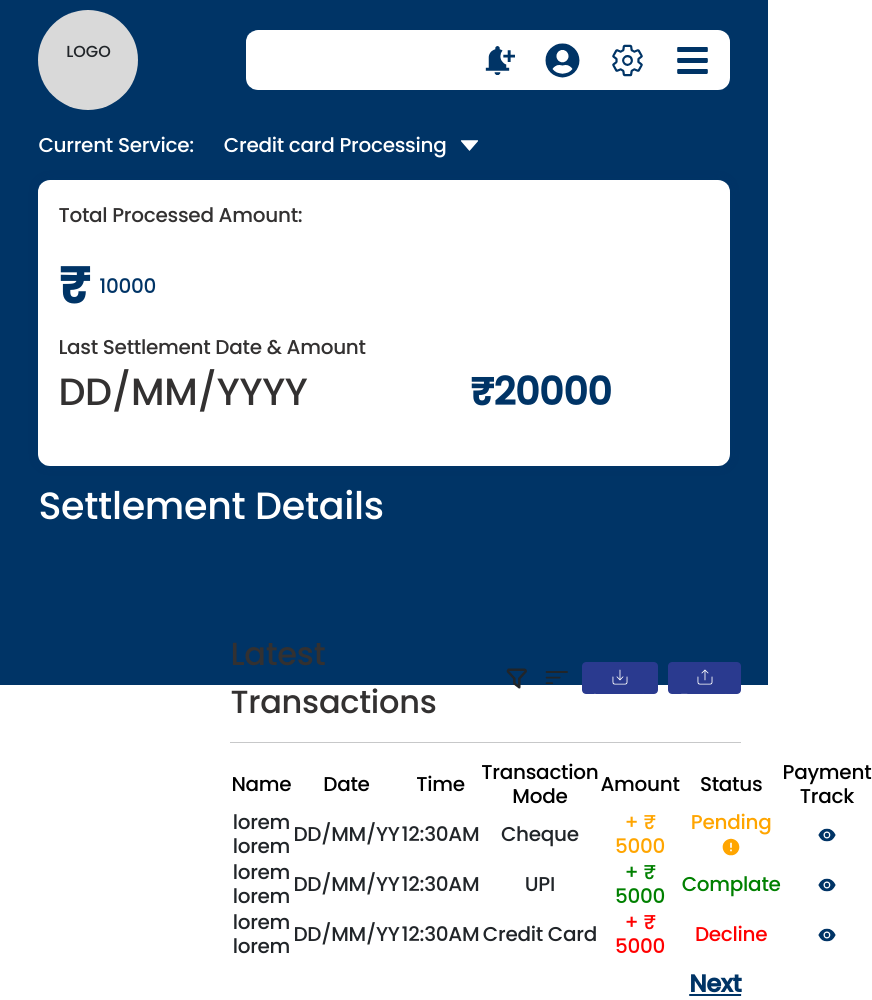
Repository: FlyweisReact/Prashant
Page: /dashboard
These files come from the project's save history. The page is drawn as it stood at one moment and after the next save; the edit follows.
The browser window is 768 px wide. The page is 872 px wide, so the pictures cover 872 px, including what lies to the right of the window. The pictures show the whole page.
Some web libraries are served in a nearby version. The project was rebuilt for these pictures with package versions that can differ from the ones it lists, and the page was loaded fresh each time. Also part of the build but not shown: src/Pages/CryptoPayment.jsx, src/Pages/CurrentCharge.jsx, src/Styles/Login.module.css, src/Components/Login/LoginFirstSection.jsx, src/Components/Login/LoginMainSection.jsx, src/Pages/Login.jsx, src/Pages/MatureFund.jsx, src/Pages/OpenBanking.jsx and 12 more.

Above is the page before, as saved 2023-03-23 18:33:27.

### public/index.html
<!DOCTYPE html>
<html lang="en">
  <head>
    <meta charset="utf-8" />
    <link rel="icon" href="%PUBLIC_URL%/favicon.ico" />
    <meta name="viewport" content="width=device-width, initial-scale=1" />
    <meta name="theme-color" content="#000000" />
    <meta
      name="description"
      content="Web site created using create-react-app"
    />
    <link rel="apple-touch-icon" href="%PUBLIC_URL%/logo192.png" />
    <link rel="manifest" href="%PUBLIC_URL%/manifest.json" />
    <title>React App</title>
  </head>
  <body>
    <noscript>You need to enable JavaScript to run this app.</noscript>
    <div id="root"></div>
  </body>
  <style>
    @import url("https://fonts.googleapis.com/css2?family=Lilita+One&family=PT+Sans&family=Poppins:wght@500&display=swap");
  </style>
  <script src="https://kit.fontawesome.com/b533b351e4.js" crossorigin="anonymous"></script>
</html>

### src/Routes/AllRoutes.jsx
import React from "react";
import { Route, Routes } from "react-router-dom";
import { CryptoPayment } from "../Pages/CryptoPayment";
import { CurrentCharge } from "../Pages/CurrentCharge";
import { Dashboard } from "../Pages/Dashboard";
import { Login } from "../Pages/Login";
import { MatureFund } from "../Pages/MatureFund";
import { OpenBanking } from "../Pages/OpenBanking";
import { OtpPage } from "../Pages/OtpPage";
import { Profile } from "../Pages/Profile";
import { RefundRequest } from "../Pages/RefundRequest";
import { Register } from "../Pages/Register";
import { RegisterTwo } from "../Pages/RegisterTwo";
import { RollingReserve } from "../Pages/RollingReserve";

export const AllRoutes = () => {
  return (
    <Routes>
      <Route path="/" element={<Login />} />
      <Route path="/verify-otp" element={<OtpPage />} />
      <Route path="/dashboard" element={<Dashboard />} />
      <Route path="/register" element={<Register />} />
      <Route path="/detail-register" element={<RegisterTwo />} />
      <Route path="/profile" element={<Profile />} />
      <Route path="/rolling-reserve" element={<RollingReserve />} />
      <Route path="/mature-fund" element={<MatureFund />} />
      <Route path="/refund-request" element={<RefundRequest />} />
      <Route path="/current-charge" element={<CurrentCharge />} />
      <Route path="open-banking-service" element={<OpenBanking />} />
      <Route path="/crypto-payment-proccessing" element={<CryptoPayment />} />
    </Routes>
  );
};

### src/Components/SideBar.jsx
import React from "react";
import { AiFillHome } from "react-icons/ai";
import { Link, useLocation } from "react-router-dom";
import styles from "../Styles/SideBar.module.css";
export const SideBar = () => {
  const { pathname } = useLocation();
  return (
    <div className={styles.SideBarMain}>
      <h1>Welcome Back</h1>
      <div>
        <div>
          <img
            src="https://th.bing.com/th/id/OIP.2i5UaEHaQM3PYAYXQyM1AAAAAA?pid=ImgDet&rs=1"
            alt="img"
          />
          <h1>Pooja Sharma</h1>
          <p>ID:#202031232</p>
          <div className={styles.TotalBudgetDiv}>
            <h1>&#x20b9;</h1>
            <h1>10000</h1>
          </div>
          <p>Monthly Budget</p>
        </div>
      </div>
      <div className={styles.LinkBox}>
        <Link to={"/dashboard"}>
          <div
            className={
              pathname === "/dashboard" ? styles.active : styles.unactive
            }
          >
            <AiFillHome size={25} />
            <p>Dashboard</p>
          </div>
        </Link>
        <Link to={"/rolling-reserve"}>
          <div
            className={
              pathname === "/rolling-reserve" ? styles.active : styles.unactive
            }
          >
            <p>Rolling Reserve</p>
          </div>
        </Link>
        <Link to={"/mature-fund"}>
          <div
            className={
              pathname === "/mature-fund" ? styles.active : styles.unactive
            }
          >
            <p>Mature Funds</p>
          </div>
        </Link>
        <Link to={"/refund-request"}>
          <div
            className={
              pathname === "/refund-request" ? styles.active : styles.unactive
            }
          >
            <p>Refund Request</p>
          </div>
        </Link>
        <Link to={"/current-charge"}>
          <div
            className={
              pathname === "/current-charge" ? styles.active : styles.unactive
            }
          >
            <p>Current Charge Back</p>
          </div>
        </Link>
      </div>
    </div>
  );
};

### src/Components/TotalAmountSection.jsx
import React from "react";
import styles from "../Styles/TotalAmountSection.module.css";
export const TotalAmountSection = () => {
  return (
    <div className={styles.MainDiv}>
      <h1>Total Processed Amount:</h1>
      <div className={styles.TotalBudgetDiv}>
        <h1>&#x20b9;</h1>
        <h1>10000</h1>
      </div>
      <h1>Last Settlement Date & Amount</h1>
      <div className={styles.DateSection}>
        <div>
          <p>DD/MM/YYYY</p>
          <h2>&#x20b9;{20000}</h2>
        </div>
      </div>
    </div>
  );
};

### src/Components/CardProccessingModal.jsx
import React from "react";
import { MdOutlineClose } from "react-icons/md";
import { Link } from "react-router-dom";
import styles from "../Styles/CardProccessingModal.module.css";
export const CardProccessingModal = ({ OpenModal, HandleModal }) => {
  console.log(OpenModal);
  return (
    <div className={OpenModal ? styles.modalVisible : styles.modal}>
      <div className={styles.ModalMainDiv}>
        <MdOutlineClose
          onClick={() => HandleModal()}
          size={25}
          className={styles.CloseICon}
        />
        <div>
          <Link to={""}>Credit Card Processing</Link>
          <hr />
          <Link to={"/open-banking-service"}>Open Banking Service</Link>
          <hr />
          <Link to={"/crypto-payment-proccessing"}>
            Crypto payment processing
          </Link>
        </div>
      </div>
    </div>
  );
};

### src/Components/DeclineModal.jsx
import React from "react";
import { MdOutlineClose } from "react-icons/md";
import styles from "../Styles/DeclineModal.module.css";
import { IoMdCheckmarkCircle } from "react-icons/io";
import { RiErrorWarningFill } from "react-icons/ri";
import { BsCircleFill } from "react-icons/bs";
export const DeclineModal = ({ OpenModal, HandleModal }) => {
  return (
    <div className={OpenModal ? styles.modalVisible : styles.modal}>
      <div className={styles.ModalMainDiv}>
        <MdOutlineClose
          onClick={() => HandleModal()}
          size={25}
          className={styles.CloseICon}
        />
        <div>
          <h1>Payment Details</h1>
          <hr style={{ height: "4px", background: "white" }} />
          <div className={styles.paymentDetailMainDiv}>
            <div className={styles.PaymentDetails}>
              <div>
                <p>Transaction ID:</p>
                <p>545454545</p>
              </div>
              <div>
                <p>To:</p>
                <p>Loren loren Epsom ( Company Name)</p>
              </div>
              <div>
                <p>From:</p>
                <p>Loren loren Epsom (Merchant Company)</p>
              </div>
              <div>
                <p>Transaction Mode:</p>
                <p>Card</p>
              </div>
            </div>
            <div className={styles.paymentTimeline}>
              <p>Payment Timeline</p>
              <div>
                <div className={styles.VerticalLine}></div>
                <div className={styles.PaymentStatus}>
                  <IoMdCheckmarkCircle
                    size={25}
                    className={styles.Icons}
                    color="green"
                  />
                  <p>Payment Started</p>
                </div>
                <div className={styles.PaymentStatus}>
                  <RiErrorWarningFill
                    size={25}
                    className={styles.Icons}
                    color="red"
                  />
                  <p>Payment Failed To complete</p>
                </div>
                <div className={styles.PaymentStatus}>
                  <BsCircleFill
                    size={25}
                    className={styles.Icons}
                    color="white"
                  />
                  <p>Payment Successful</p>
                </div>
              </div>
              <hr />
              <div className={styles.ReasonsDiv}>
                <p>Reason:</p>
                <p> Account Coded (Credit Rating) </p>
              </div>
              <div className={styles.ReasonsDiv}>
                <p>Code:</p>
                <p> 505 </p>
              </div>
              <div className={styles.ReasonsDiv}>
                <p>Description:</p>
                <p>
                  {" "}
                  The account the customer used for the attempted transaction
                  has a negative credit rating.{" "}
                </p>
              </div>
            </div>
          </div>
        </div>
      </div>
    </div>
  );
};

### src/Styles/SideBar.module.css
.SideBarMain{
    position: absolute;
    width: 314px;
/* height: 789px; */
left: 25%px;
top: 35%;
background: #FFFFFF;
border: 1px solid #D9D9D9;
box-shadow: 0px 0px 4px rgba(0, 0, 0, 0.25);
border-radius: 12px;
padding: 10px;
}
.SideBarMain>h1{
    text-align: center;
    font-family: 'Poppins';
font-style: normal;
font-weight: 700;
font-size: 32px;
margin-top: 5px;
letter-spacing: -0.28px;
}
.SideBarMain>div{
    width: 100%;
    display: flex;
    align-items: center;
    justify-content: center;
}
.SideBarMain>div>div{
    text-align: center;
}
.SideBarMain>div>div>img{
    width: 120px;
height: 121px;
    border-radius: 50%;
}
.SideBarMain>div>div>h1{
    font-family: 'Poppins';
font-style: normal;
font-weight: 500;
font-size: 24px;
letter-spacing: -0.28px;
}
.SideBarMain>div>div>p{
    font-family: 'Poppins';
font-style: normal;
margin-top: -10px;
font-weight: 300;
font-size: 20px;
line-height: 30px;
letter-spacing: -0.28px;
color: rgba(0, 0, 0, 0.5);
}
.TotalBudgetDiv{
    display: flex;
    align-items: center;
    gap: 20px;
    margin: 15px;
}
.TotalBudgetDiv>h1:first-child{
    font-family: 'Poppins';
font-style: normal;
font-weight: 700;
font-size: 48px;
line-height: 72px;
letter-spacing: -0.28px;
}
.TotalBudgetDiv>h1{
    font-family: 'Poppins';
    font-style: normal;
    font-weight: 500;
    font-size: 48px;
    line-height: 72px;
    margin: 0;
    letter-spacing: -0.28px;
}
.LinkBox{
    display: flex;
    flex-direction: column;
    margin-top: 20px;
}
.LinkBox>a{
    text-decoration: none;
}
.active{
    width: 250px;
    height: 65px;
    padding-left: 10px;
    padding-right: 10px;
    background: #003466;
    box-shadow: 0px 0px 32px 4px rgba(0, 52, 102, 0.25);
    border-radius: 12px;
    display: flex;
    color: white;
    justify-content: center;
    align-items: center;
    gap: 5px;

}
.unactive{
    width: 250px;
    height: 65px;
    display: flex;

    color:#003466;
    justify-content: center;
    align-items: center;
    gap: 5px;
}
.unactive,.active >p{
    font-family: 'Poppins';
font-style: normal;
font-weight: 500;
font-size: 24px;
line-height: 36px;
letter-spacing: -0.28px;
}

@media (max-width:780px) {
    .SideBarMain{
        display: none;
    }

}

### src/Styles/TotalAmountSection.module.css
.MainDiv{
    display:flex;
    flex-direction: column;
    margin-top: 20px;
    width: 72%;
height: 286px;
background: #FFFFFF;
box-shadow: 0px 0px 10px rgba(0, 52, 102, 0.3);
border-radius: 12px;
}
.MainDiv>h1{
    font-family: 'Poppins';
    font-style: normal;
    font-weight: 500;
    font-size: 32px;
    line-height: 48px;
    letter-spacing: -0.28px;
    color: #333131;
    margin: 20px;
}
.TotalBudgetDiv{
    display: flex;
    align-items: center;
    gap: 30px;
    margin-left: 20px;
  margin-top: -30px;
  margin-bottom: -40px;
}
.TotalBudgetDiv>h1:first-child{
    font-family: 'Poppins';
font-style: normal;
font-weight: 700;
margin: 0;
font-size: 50px;
line-height: 72px;
letter-spacing: -0.28px;
color: #003466;
}
.TotalBudgetDiv>h1{
    font-family: 'Poppins';
    font-style: normal;
    font-weight: 500;
    font-size: 48px;
    line-height: 72px;
    margin: 0;
    letter-spacing: -0.28px;
    color: #003466;
}
.DateSection>div{
    width: 80%;
    margin-top: -50px;
    /* background-color: rebeccapurple; */
    display: flex;
    justify-content: space-between;
    align-items: center;
    margin-left: 20px;
}
.DateSection>div>p{
   font-family: 'Poppins';
font-style: normal;
font-weight: 500;
font-size: 38px;
line-height: 60px;
/* identical to box height */
margin: 0;
letter-spacing: -0.28px;
color: #333131;
}
.DateSection>div>h2{
    margin: 0;
    font-family: 'Poppins';
font-style: normal;
font-weight: 600;
font-size: 38px;
line-height: 60px;
letter-spacing: -0.28px;
color: #003466;
}

@media (max-width : 780px) {
    .MainDiv{
        width: 100%;
    }
    .MainDiv>h1{
        font-size: 20px;
        line-height: normal;
    }
    .TotalBudgetDiv>h1:first-child{
        font-family: 'Poppins';
    font-style: normal;
    font-weight: 700;
    margin: 0;
    font-size: 50px;
    line-height: 72px;
    letter-spacing: -0.28px;
    color: #003466;
    }
    .TotalBudgetDiv>h1{
        font-size: 20px;
    }

}

### src/Styles/CardProccessingModal.module.css
.modal{
    display: none;
  position: fixed;
  z-index: 1;
  left: 0%;
  top: 0;
  width: 100%;
  height: 100%;
  overflow: auto;
  background-color: rgb(0,0,0);
  background-color: rgba(0,0,0,0.4);
}
.modalVisible{
    display :block;
    position: fixed;
    z-index: 1;
    left: 0%;
    top: 0;
    width: 100%;
    height: 100%;
    /* margin-bottom: 20px; */
    overflow: auto;
    background-color: rgb(0,0,0);
    background-color: rgba(0,0,0,0.4);
}
.CloseICon{
    position: absolute;
    right: 3%;
    top: 5%;
    cursor: pointer;
}
.MainTitle{
    display: flex;
    border: 1px solid blue;
}
.ModalMainDiv{
    position:absolute;
    margin: auto;
    /* width: 435px; */
height: 221px;
background: #FFFFFF;
border-radius: 4px;

    top: 38%;
    left: 60%;

}
.ModalMainDiv>div{
    margin: 30px;
}
.ModalMainDiv>div>a{
    text-decoration: none;
    height: 50px;
    font-family: 'Poppins';
font-style: normal;
font-weight: 500;
font-size: 32px;
line-height: 40px;
letter-spacing: -0.28px;

color: #333333;
}

### src/Styles/PaymentPendingModal.module.css
.modal{
    display: none;
  position: fixed;
  z-index: 1;
  left: 0%;
  top: 0;
  width: 100%;
  height: 100%;
  overflow: auto;
  background-color: rgb(0,0,0);
  background-color: rgba(0,0,0,0.4);
}
.modalVisible{
    display :block;
    position: fixed;
    z-index: 1;
    left: 0%;
    top: 0;
    width: 100%;
    height: 100%;
    /* margin-bottom: 20px; */
    overflow: auto;
    background-color: rgb(0,0,0);
    background-color: rgba(0,0,0,0.4);
}
.CloseICon{
    position: absolute;
    right: 3%;
    top: 3%;
    cursor: pointer;
    color: white;
}
.MainTitle{
    display: flex;
    border: 1px solid blue;
}
.ModalMainDiv{
    position:absolute;
    margin: auto;
width: 980px;
/* height: 681px; */
left: 20%;
top: 8%;

background: #003466;


}
.ModalMainDiv>div{
    margin: 30px;
}
.ModalMainDiv>div>h1{
    font-family: 'Poppins';
    font-style: normal;
    font-weight: 600;
    font-size: 24px;
    line-height: 29px;
    letter-spacing: -0.28px;
    color: #FFFFFF;
}
.paymentDetailMainDiv{
    display: flex;
    gap: 20px;
    margin-top: 20px;
}
.paymentDetailMainDiv>div:first-child{
    width: 50%;
/* height: 426px; */
background: #FFFFFF;
border: 1px solid #D9D9D9;
box-shadow: 0px 0px 4px rgba(0, 0, 0, 0.25);
border-radius: 20px;
}
.paymentDetailMainDiv>div{
    width: 50%;
}

.PaymentDetails>div{
    margin:20px;
    margin-top: 0;
    margin-bottom: 30px;
}

.PaymentDetails>div>p{
    font-family: 'Poppins';
font-style: normal;
margin: 10;
font-weight: 500;
font-size: 20px;
line-height: 24px;
letter-spacing: -0.28px;
color: #003466;
}
.PaymentDetails>div>p:first-child{
    font-weight: 600;
}
.paymentTimeline>p{
    font-family: 'Poppins';
    font-style: normal;
    font-weight: 500;
    font-size: 20px;
    line-height: 24px;
    letter-spacing: -0.28px;
    margin: 0;
    color: #FFFFFF;
}
.paymentTimeline>div{
    position: relative;
}
.PaymentStatus{
    display: flex;
    align-items: center;
    gap: 20px;
}
.PaymentStatus>p{
    font-family: 'Poppins';
font-style: normal;
font-weight: 400;
font-size: 20px;
line-height: 24px;
letter-spacing: -0.28px;
margin-left: 40px;
color: #FFFFFF;
}
.VerticalLine{
    position: absolute;
    border-left:2px dotted white;
    left:3%;
    top: 18%;
    height:130px;
}
.Icons{
    position: absolute;
    left: 0;
}
.ReasonsDiv{
    display: flex;
    gap: 30px;
    margin: 10px;
}

.ReasonsDiv>p:first-child{
    width: 30%;
    font-family: 'Poppins';
    font-style: normal;
    font-weight: 500;
    font-size: 20px;
    line-height: 24px;
    letter-spacing: -0.28px;

    color: #FFFFFF;
    margin: 0;
}
.ReasonsDiv>p:last-child{
    width: 70%;
    font-family: 'Poppins';
    font-style: normal;
    font-weight: 400;
    font-size: 20px;
    line-height: 24px;
    letter-spacing: -0.28px;
    margin: 0;
    color: #FFFFFF;
}
.Note{
    margin-top: 20px;
    width: 128px;
    display: flex;
    justify-content: center;
    align-items: center;
height: 38px;
background: #FFFFFF;
border-radius: 19px;
font-family: 'Poppins';
font-style: normal;
font-weight: 600;
font-size: 24px;
line-height: 29px;
/* identical to box height */

letter-spacing: -0.28px;

color: #003466;

}
.NotesPara{
    width: 100%;
    font-family: 'Poppins';
font-style: normal;
font-weight: 500;
font-size: 19px;
line-height: 24px;
letter-spacing: -0.28px;
color: #FFFFFF;
}

### src/Styles/DeclineModal.module.css
.modal{
    display: none;
  position: fixed;
  z-index: 1;
  left: 0%;
  top: 0;
  width: 100%;
  height: 100%;
  overflow: auto;
  background-color: rgb(0,0,0);
  background-color: rgba(0,0,0,0.4);
}
.modalVisible{
    display :block;
    position: fixed;
    z-index: 1;
    left: 0%;
    top: 0;
    width: 100%;
    height: 100%;
    /* margin-bottom: 20px; */
    overflow: auto;
    background-color: rgb(0,0,0);
    background-color: rgba(0,0,0,0.4);
}
.CloseICon{
    position: absolute;
    right: 3%;
    top: 3%;
    cursor: pointer;
    color: white;
}
.MainTitle{
    display: flex;
    border: 1px solid blue;
}
.ModalMainDiv{
    position:absolute;
    margin: auto;
width: 980px;

left: 20%;
top: 8%;

background: #003466;


}
.ModalMainDiv>div{
    margin: 30px;
}
.ModalMainDiv>div>h1{
    font-family: 'Poppins';
    font-style: normal;
    font-weight: 600;
    font-size: 24px;
    line-height: 29px;
    letter-spacing: -0.28px;
    color: #FFFFFF;
}
.paymentDetailMainDiv{
    display: flex;
    gap: 20px;
    margin-top: 20px;
}
.paymentDetailMainDiv>div:first-child{
    width: 50%;
/* height: 426px; */
background: #FFFFFF;
border: 1px solid #D9D9D9;
box-shadow: 0px 0px 4px rgba(0, 0, 0, 0.25);
border-radius: 20px;
}
.paymentDetailMainDiv>div{
    width: 50%;
}

.PaymentDetails>div{
    margin:20px;
    margin-top: 0;
    margin-bottom: 30px;
}

.PaymentDetails>div>p{
    font-family: 'Poppins';
font-style: normal;
margin: 10;
font-weight: 500;
font-size: 20px;
line-height: 24px;
letter-spacing: -0.28px;
color: #003466;
}
.PaymentDetails>div>p:first-child{
    font-weight: 600;
}
.paymentTimeline>p{
    font-family: 'Poppins';
    font-style: normal;
    font-weight: 500;
    font-size: 20px;
    line-height: 24px;
    letter-spacing: -0.28px;
    margin: 0;
    color: #FFFFFF;
}
.paymentTimeline>div{
    position: relative;
}
.PaymentStatus{
    display: flex;
    align-items: center;
    gap: 20px;
}
.PaymentStatus>p{
    font-family: 'Poppins';
font-style: normal;
font-weight: 400;
font-size: 20px;
line-height: 24px;
letter-spacing: -0.28px;
margin-left: 40px;
color: #FFFFFF;
}
.VerticalLine{
    position: absolute;
    border-left:2px dotted white;
    left:3%;
    top: 18%;
    height:130px;
}
.Icons{
    position: absolute;
    left: 0;
}
.ReasonsDiv{
    display: flex;
    gap: 30px;
    margin: 10px;
}

.ReasonsDiv>p:first-child{
    width: 30%;
    font-family: 'Poppins';
    font-style: normal;
    font-weight: 500;
    font-size: 20px;
    line-height: 24px;
    letter-spacing: -0.28px;

    color: #FFFFFF;
    margin: 0;
}
.ReasonsDiv>p:last-child{
    width: 70%;
    font-family: 'Poppins';
    font-style: normal;
    font-weight: 400;
    font-size: 20px;
    line-height: 24px;
    letter-spacing: -0.28px;
    margin: 0;
    color: #FFFFFF;
}
.Note{
    margin-top: 20px;
    width: 128px;
    display: flex;
    justify-content: center;
    align-items: center;
height: 38px;
background: #FFFFFF;
border-radius: 19px;
font-family: 'Poppins';
font-style: normal;
font-weight: 600;
font-size: 24px;
line-height: 29px;
/* identical to box height */

letter-spacing: -0.28px;

color: #003466;

}
.NotesPara{
    width: 100%;
    font-family: 'Poppins';
font-style: normal;
font-weight: 500;
font-size: 19px;
line-height: 24px;
letter-spacing: -0.28px;
color: #FFFFFF;
}

Loaded but not shown: src/index.css (common file); src/reportWebVitals.js (common file); src/index.js (18 lines, source omitted); src/App.js (13 lines, source omitted); src/Components/Dashboard/UserInfoPopUp.jsx (216 lines, source omitted); src/Pages/Dashboard.jsx (184 lines, source omitted); src/App.css (328 lines, source omitted); src/Styles/Dashboard.module.css (217 lines, source omitted); src/Components/PaymentPendingModal.jsx (96 lines, source omitted)

After the next save:
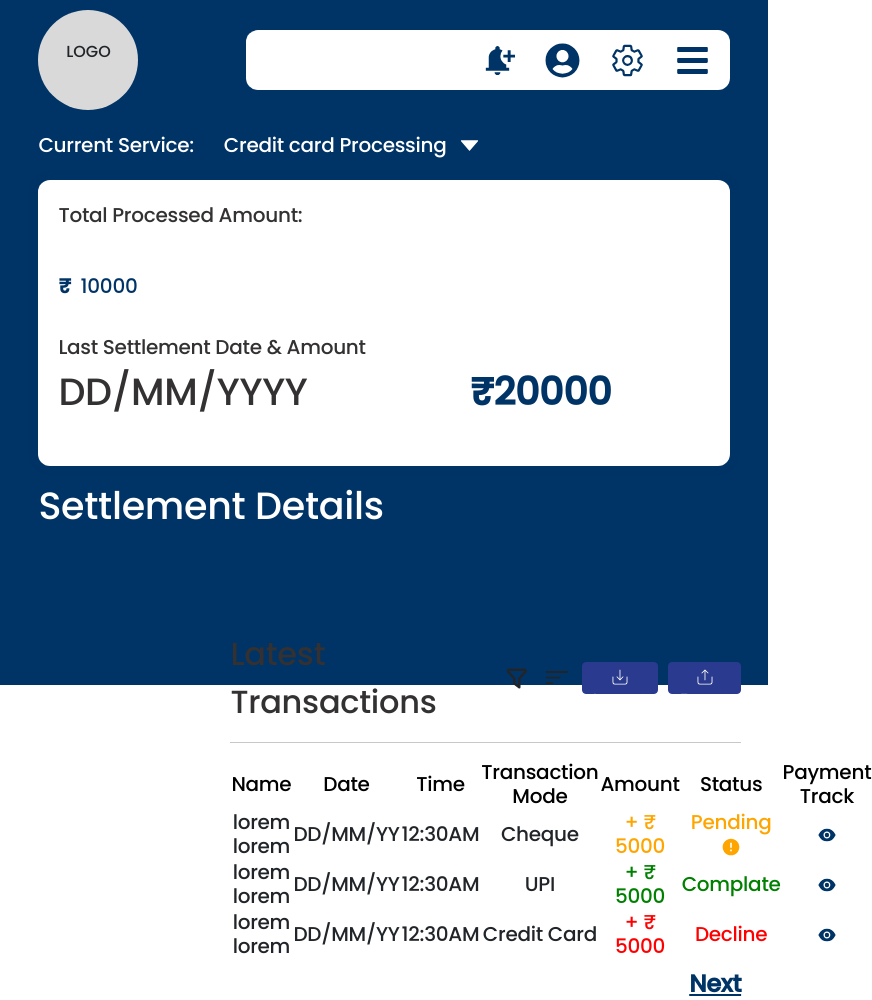
Saved 7 s later.
--- a/src/Styles/TotalAmountSection.module.css
+++ b/src/Styles/TotalAmountSection.module.css
@@ -86,14 +86,7 @@ color: #003466;
         line-height: normal;
     }
     .TotalBudgetDiv>h1:first-child{
-        font-family: 'Poppins';
-    font-style: normal;
-    font-weight: 700;
-    margin: 0;
-    font-size: 50px;
-    line-height: 72px;
-    letter-spacing: -0.28px;
-    color: #003466;
+        font-size: 20px;
     }
     .TotalBudgetDiv>h1{
         font-size: 20px;
